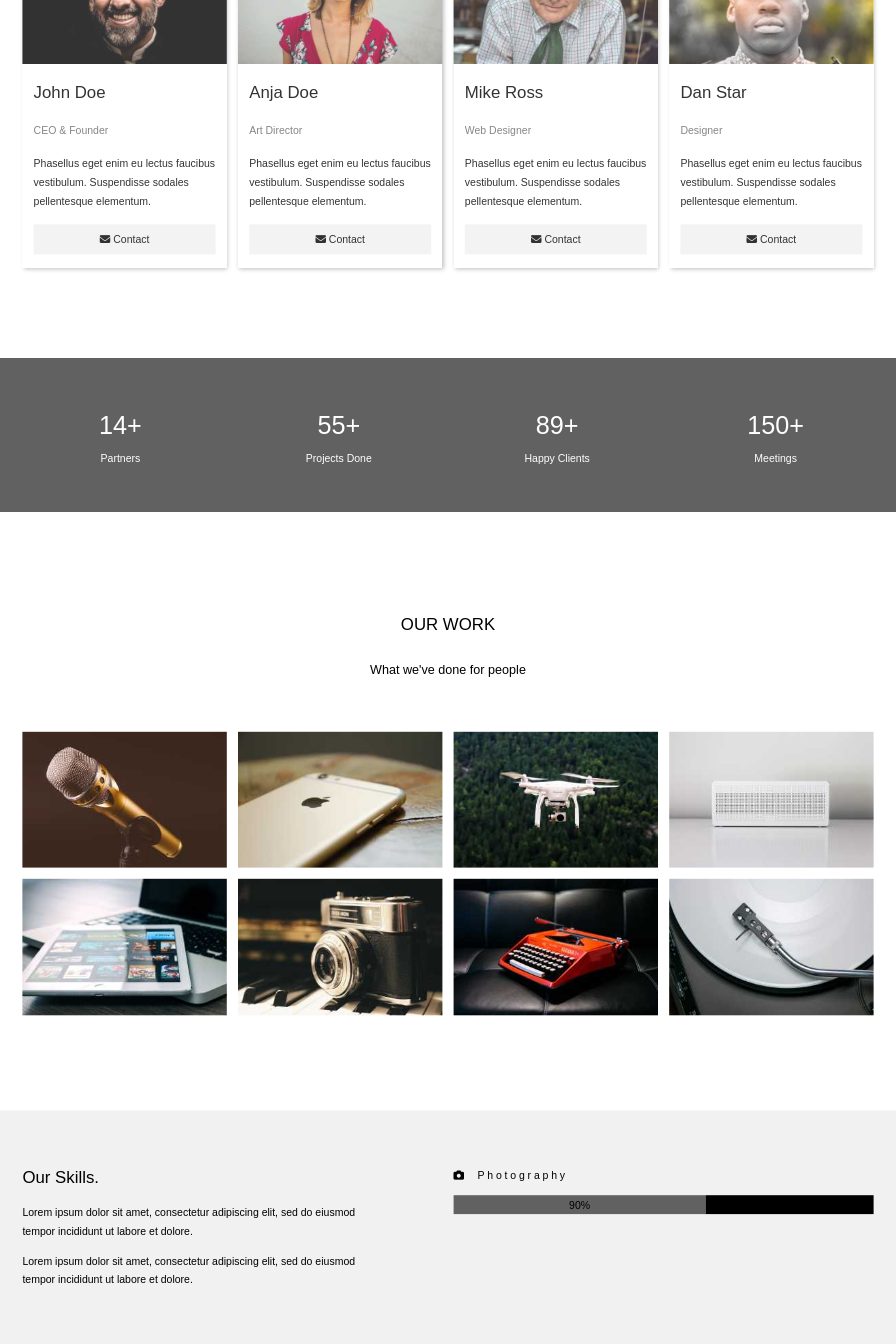
Repository: husterDC/Test
Page: index.html
These files come from the project's save history. The page is drawn as it stood at one moment and after the next save; the edit follows.
The browser window is 1280 px wide. The pictures show the part of the page from y = 2659 to 4579 px (the page is 4579 px tall), at 70% of full size.

Above is the page before, as saved 2022-10-14 09:20:48.

After the next save:
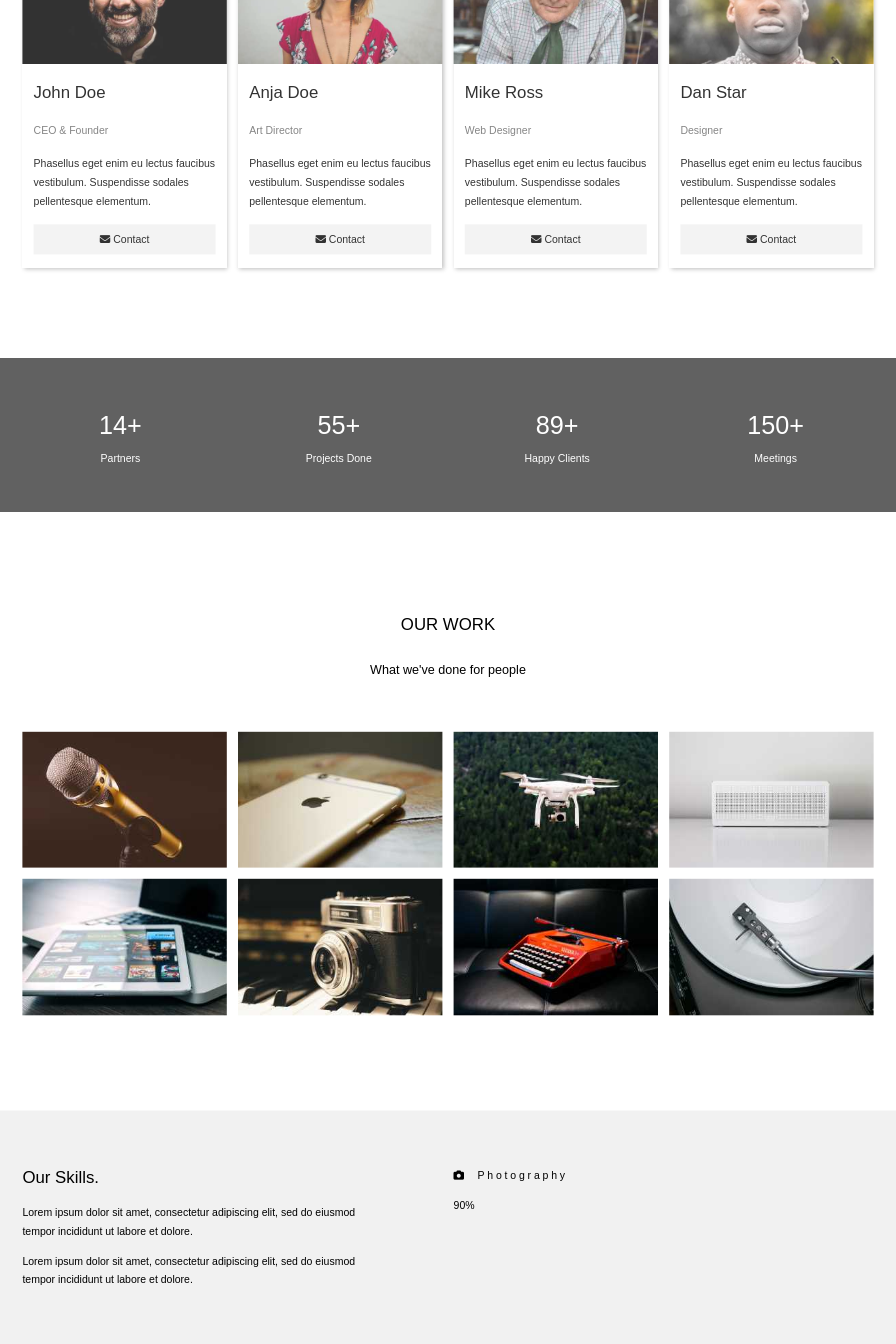
Saved 93 s later.
--- a/assets/style.css
+++ b/assets/style.css
@@ -279,14 +279,14 @@
     margin: 15px 0;
     letter-spacing: 4px;
 }
-.container_work-skill-chart-bar {
+.container_work-skill-chart-bar1 {
     display: block;
     position: relative;
     background-color: #616161;
     text-align: center;
     width: 60%;
 }
-.container_work-skill-chart-bar::after {
+.container_work-skill-chart-bar1::after {
     content: "";
     display: block;
     position: absolute;

After the save that followed:
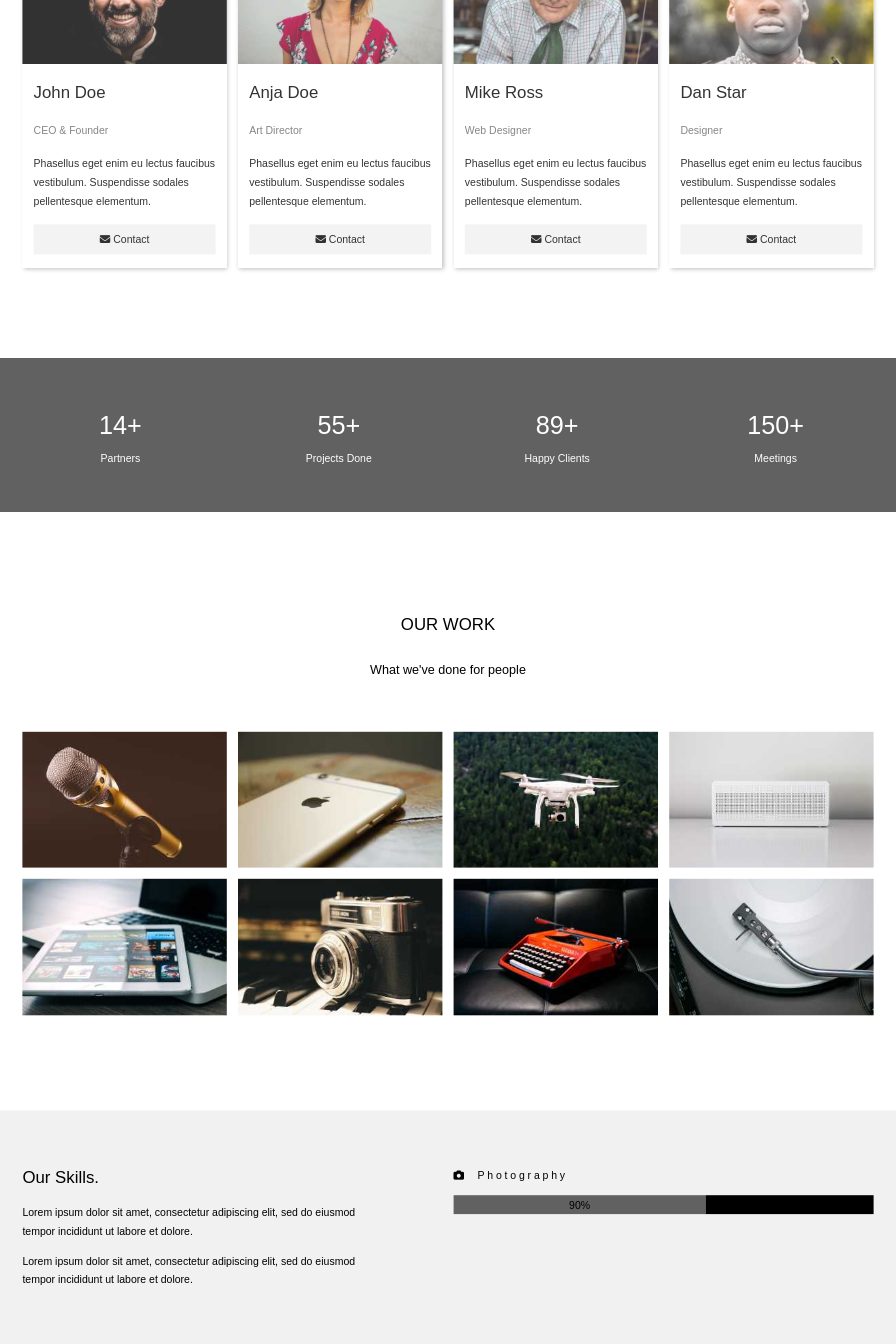
Saved 5 s later.
--- a/index.html
+++ b/index.html
@@ -208,7 +208,7 @@
             <div class="container_work-skill-chart">
                 <i class="container_work-skill-chart-icon fa-solid fa-camera"></i>
                 <p class="container_work-skill-chart-name">Photography</p>
-                <div class="container_work-skill-chart-bar">
+                <div class="container_work-skill-chart-bar1">
                     90%
                 </div>
                 </div>
